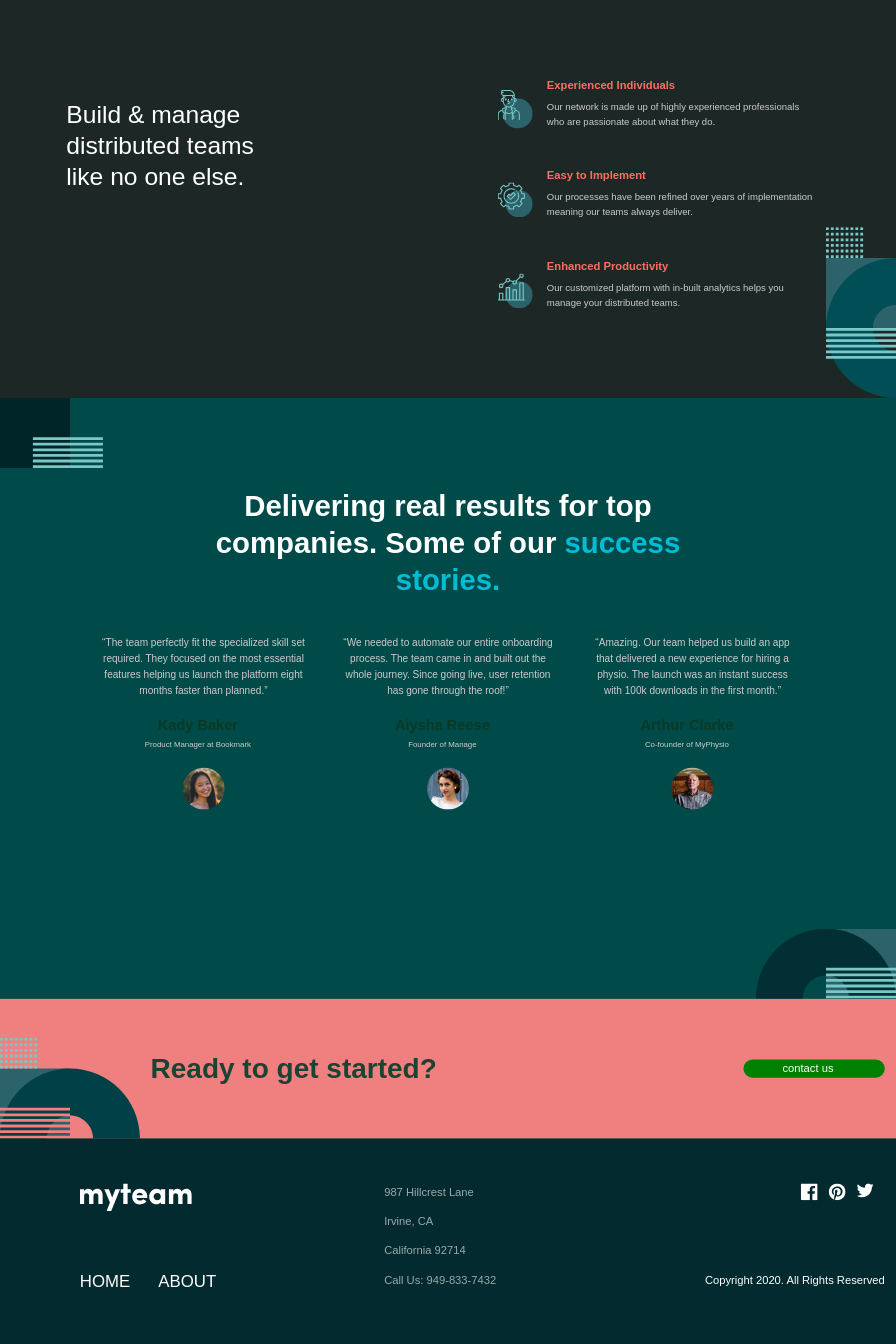
Repository: Gabriel221-dev/Project-page-main
Page: /
An editor plug-in stored every save of this project. The page is shown before and after the next save, followed by the edit.
The browser window is 1280 px wide. The pictures show the part of the page from y = 692 to 2612 px (the page is 2612 px tall), at 70% of full size.
The project was rebuilt for these pictures with package versions that can differ from the ones it lists, and the page was loaded fresh each time. Also part of the build but not shown: vite.config.js, src/pages/About.css, src/components/DirectorCard.css, src/components/DirectorCard.jsx, src/pages/About.jsx, src/pages/Contact.css, src/pages/Contact.jsx.

Above is the page before, as saved 2024-07-23 18:23:39.

After the next save:
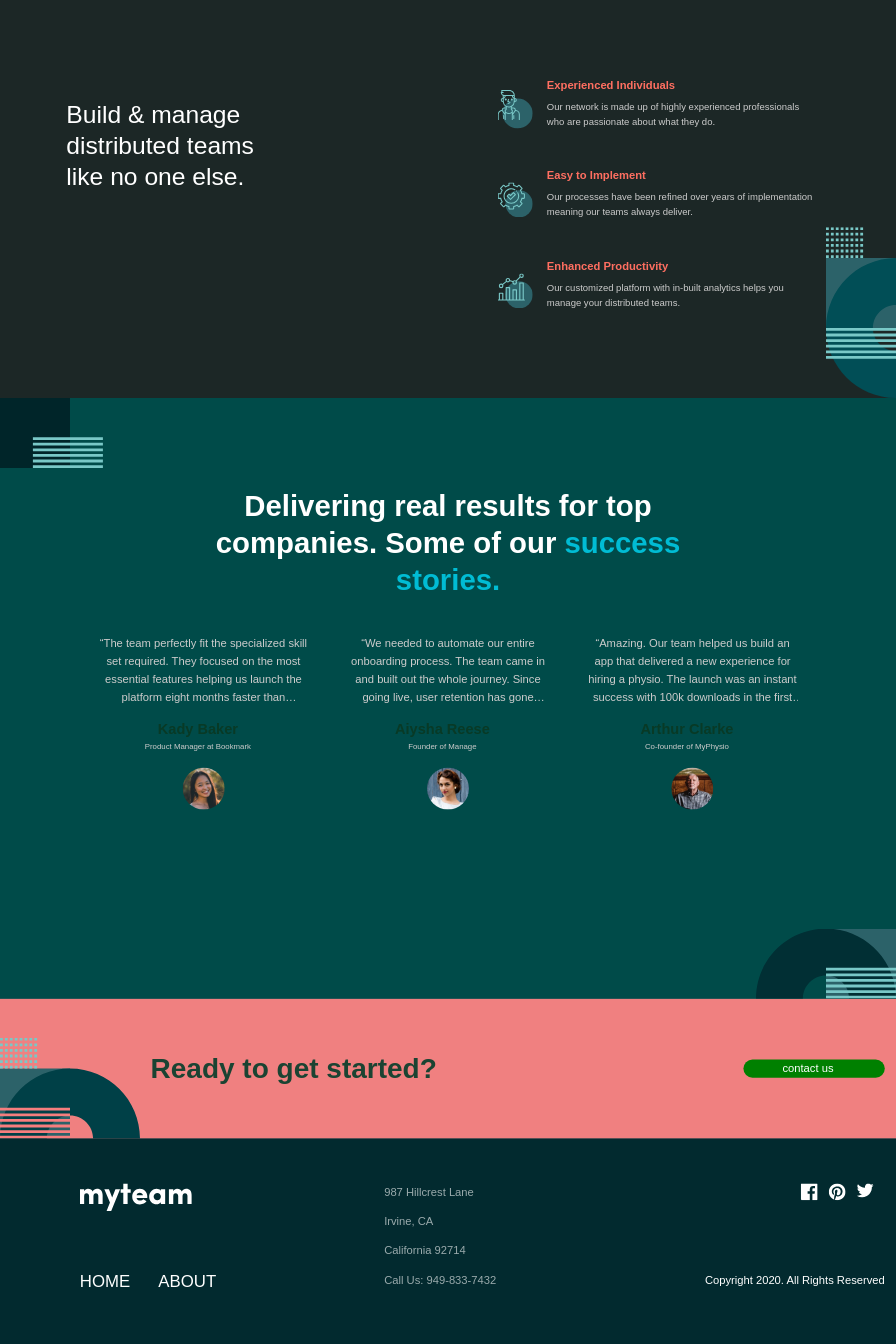
Saved 9 s later.
--- a/src/pages/Home.css
+++ b/src/pages/Home.css
@@ -305,7 +305,7 @@
   }
 
   .delivering__quote p {
-    font-size: .9rem;
+    font-size: 1rem;
     color: #ccc;
     display: -webkit-box;
     -webkit-box-orient: vertical;

After the save that followed:
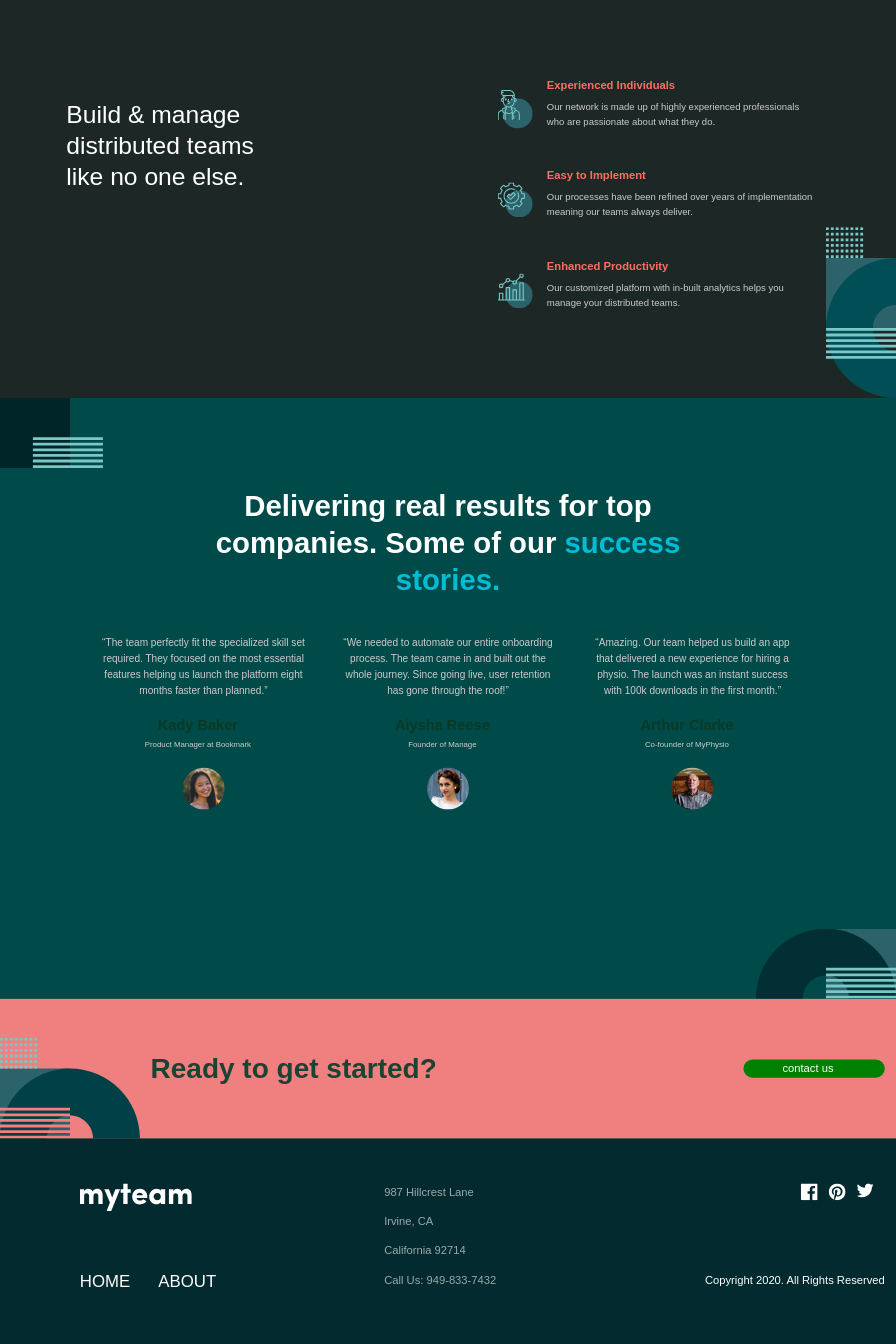
Saved 17 s later.
--- a/src/pages/Home.css
+++ b/src/pages/Home.css
@@ -305,7 +305,7 @@
   }
 
   .delivering__quote p {
-    font-size: 1rem;
+    font-size: .9rem;
     color: #ccc;
     display: -webkit-box;
     -webkit-box-orient: vertical;
